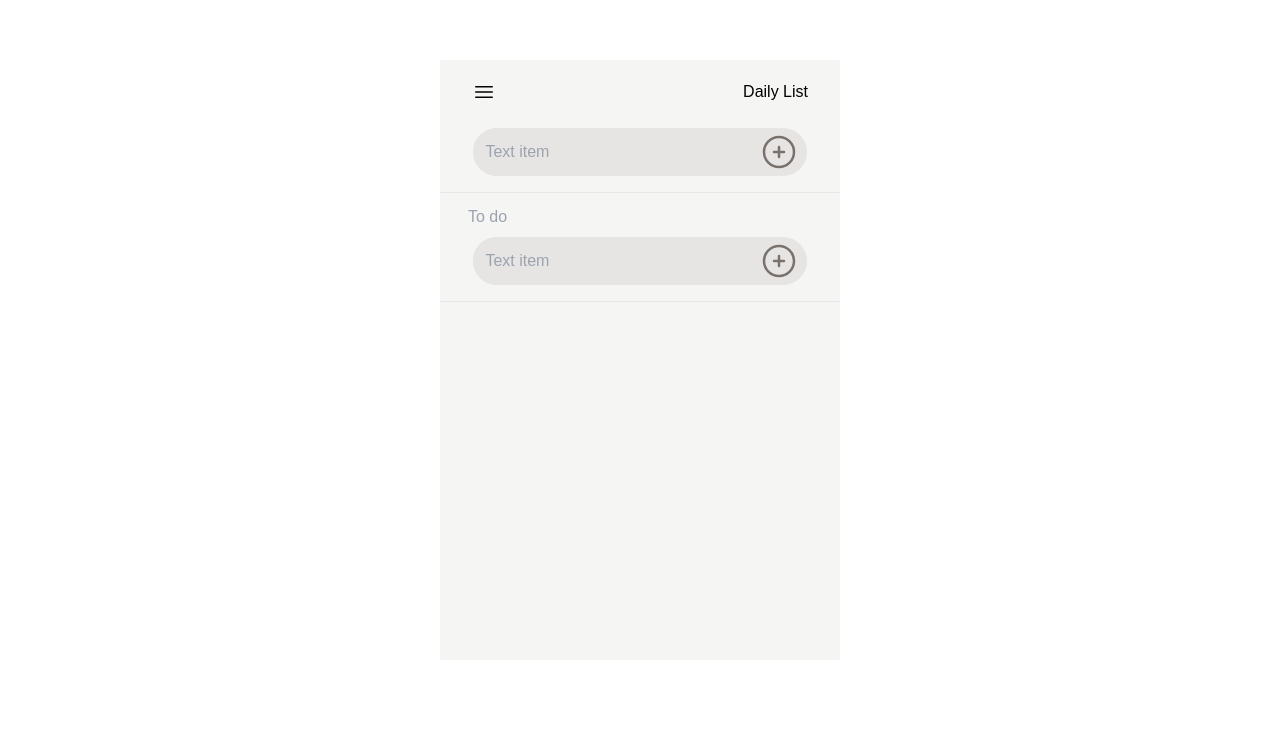
Repository: hsumyatm7308/TodolistbyPHP
Page: http://localhost/
These files come from the project's save history. The page is drawn as it stood at one moment and after the next save; the edit follows.
The browser window is 1280 px wide. The pictures show the whole page.
Some web libraries are served in a nearby version. The page is run by PHP 8.4 with error messages shown; the project is at /var/www/html/. Queries for data that is not in the repository find no rows.

Above is the page before, as saved 2023-07-11 00:47:10.

### index.php
<!DOCTYPE html>
<html lang="en">

<head>
    <meta charset="UTF-8">
    <meta name="viewport" content="width=device-width, initial-scale=1.0">
    <title>To Do List</title>
    <link rel="stylesheet" href="https://cdnjs.cloudflare.com/ajax/libs/font-awesome/6.4.0/css/all.min.css">
    <script src="https://cdn.tailwindcss.com"></script>

    <style>
        * {
            font-family: sans-serif;
        }

        .scrollbar-hide::-webkit-scrollbar {
            display: none;
        }
    </style>

</head>

<body>
    <div class="w-screen h-screen container flex justify-center items-center">
        <div class="w-[400px] h-[600px] bg-stone-100">
            <!-- header nav  -->
            <div class="w-full h-14 flex justify-between items-center p-8">
                <div>
                    <svg xmlns="http://www.w3.org/2000/svg" fill="none" viewBox="0 0 24 24" stroke-width="1.5"
                        stroke="currentColor" class="w-6 h-6">
                        <path stroke-linecap="round" stroke-linejoin="round"
                            d="M3.75 6.75h16.5M3.75 12h16.5m-16.5 5.25h16.5" />
                    </svg>

                </div>
                <div>
                    <h4> Daily List</h4>
                </div>
            </div>

            <?php

            include("todoform.php");


            ?>

            <div class="w-full h-[500px] overflow-y-scroll scrollbar-hide">

                <?php

                include("update.php");
                // include("complete.php");
                include("edittodo.php");
                include("deletetodo.php");

                ?>
            </div>







        </div>
    </div>










</body>

</html>

### todoform.php
<?php
ini_set('display_errors', false);
require_once("database.php");
require_once("create.php");

try {
    global $conn;

    $stmt = $conn->prepare("SELECT id, task FROM todolist");
    $stmt->execute();
} catch (Exception $e) {
    echo "Found Error: " . $e->getMessage();
}
?>

<!-- update to do  -->
<form action="index.php" method="post" class="mt-3" enctype="multipart/form-data">
    <h3 class="text-gray-400 ml-7 mb-1">To do</h3>

    <?php while ($row = $stmt->fetch()): ?>
        <div name="taskitems" class="w-full h-auto flex justify-center items-center p-1">
            <div class="w-[85%] h-auto bg-stone-200 flex justify-between items-center p-3">
                <span>
                    <button class="complete-check">
                        <i class="fa-regular fa-circle-check"></i>
                    </button>
                    <span class="ml-1">
                        <?php echo $row['task'] ?>
                    </span>
                </span>
                <div>
                <button class="mr-4 editbtn" name="edit-task" value="<?php echo $row['id']; ?>" >
                        <svg xmlns="http://www.w3.org/2000/svg" fill="none" viewBox="0 0 24 24" stroke-width="1.5"
                            stroke="currentColor" class="w-6 h-6">
                            <path stroke-linecap="round" stroke-linejoin="round"
                                d="M16.862 4.487l1.687-1.688a1.875 1.875 0 112.652 2.652L10.582 16.07a4.5 4.5 0 01-1.897 1.13L6 18l.8-2.685a4.5 4.5 0 011.13-1.897l8.932-8.931zm0 0L19.5 7.125M18 14v4.75A2.25 2.25 0 0115.75 21H5.25A2.25 2.25 0 013 18.75V8.25A2.25 2.25 0 015.25 6H10" />
                        </svg>

                    </button>
                    <button type="submit" name="delete-task" value="<?php echo $row['id']; ?>" class="delete-task">
                        <svg xmlns="http://www.w3.org/2000/svg" fill="none" viewBox="0 0 24 24" stroke-width="1.5"
                            stroke="currentColor" class="w-6 h-6">
                            <path stroke-linecap="round" stroke-linejoin="round"
                                d="M14.74 9l-.346 9m-4.788 0L9.26 9m9.968-3.21c.342.052.682.107 1.022.166m-1.022-.165L18.16 19.673a2.25 2.25 0 01-2.244 2.077H8.084a2.25 2.25 0 01-2.244-2.077L4.772 5.79m14.456 0a48.108 48.108 0 00-3.478-.397m-12 .562c.34-.059.68-.114 1.022-.165m0 0a48.11 48.11 0 013.478-.397m7.5 0v-.916c0-1.18-.91-2.164-2.09-2.201a51.964 51.964 0 00-3.32 0c-1.18.037-2.09 1.022-2.09 2.201v.916m7.5 0a48.667 48.667 0 00-7.5 0" />
                        </svg>
                    </button>
                </div>
            </div>
        </div>
    <?php endwhile; ?>
</form>

### database.php
<?php

$dbhost = 'localhost';
$dbuser = 'root';
$dbpass = '';
$dbname = 'hmmdb';


try{

    $conn = new PDO("mysql:host=$dbhost;dbname=$dbname", $dbuser, $dbpass);
    $conn->setAttribute(PDO::ATTR_ERRMODE, PDO::ERRMODE_EXCEPTION);

    // echo "Connection successful";


}catch(Exception $e){
    "Error Found:".$e->getMessage();
}




?>

### create.php
<?php
// session_start();
ini_set('display_errors', 1);

require_once("database.php");




if ($_SERVER['REQUEST_METHOD'] === 'POST') {
    global $conn;

    $getdata = $_POST['textbox'];

    try {
        $stmt = $conn->prepare("INSERT INTO todolist (task) VALUES (:task)");

        $task = $getdata;

        if (empty($task)) {
            echo "";
        } else {
            $stmt->bindParam(':task', $task);




            $stmt->execute();
        }


    } catch (Exception $e) {
        echo "Error Found: " . $e->getMessage();
    }
}






?>




<!-- to do form  -->
<form action="" method="post" enctype="multipart/form-data">


    <div class="w-full h-auto flex justify-center items-center p-1">
        <div class="w-[85%] h-auto bg-stone-200 flex justify-between items-center rounded-3xl">
            <input type="text" name="textbox"
                class="w-[85%] bg-stone-200 rounded-tl-3xl rounded-bl-3xl p-3 focus:outline-none"
                placeholder="Text item">

            <button type="submit" name="submit" class="" id="submitBtn">
                <svg xmlns="http://www.w3.org/2000/svg" fill="none" viewBox="0 0 24 24" stroke-width="1.5"
                    stroke="currentColor" class="w-10 h-10 mr-2 text-stone-500 hover:text-stone-600">
                    <path stroke-linecap="round" stroke-linejoin="round"
                        d="M12 9v6m3-3H9m12 0a9 9 0 11-18 0 9 9 0 0118 0z" />
                </svg>
            </button>
        </div>

    </div>
    <hr class="mt-3">
</form>

### edittodo.php
<?php
require "database.php";
require "create.php";




    if (isset($_GET['edit-task']) && !empty($_GET['edit-task'])) {
        $task = $_POST['textbox'];

        $editTaskID = $_GET['edit-task'];

        try {
            $stmt = $conn->prepare("UPDATE todolist SET task = :newTask WHERE id = :editTaskID");
            $stmt->bindParam(':newTask', $task);
            $stmt->bindParam(':editTaskID', $editTaskID);
            $stmt->execute();

            echo "Task updated successfully!";
        } catch (Exception $e) {
            echo "Error: " . $e->getMessage();
        }


        echo $task;
    }



?>

### deletetodo.php
<?php
require_once("create.php");
require_once("todoform.php");
require_once("database.php");

if (isset($_POST['delete-task'])) {
    $deleteTaskID = $_POST['delete-task'];

    try {
        $stmt = $conn->prepare("DELETE FROM todolist WHERE id = :delid");
        $stmt->bindParam(":delid", $deleteTaskID);
        $stmt->execute();


    } catch (Exception $e) {
        echo "Error found: " . $e->getMessage();
    }
}
?>

Loaded but not shown: update.php (no stored copy; drawn as an empty file)

After the next save:
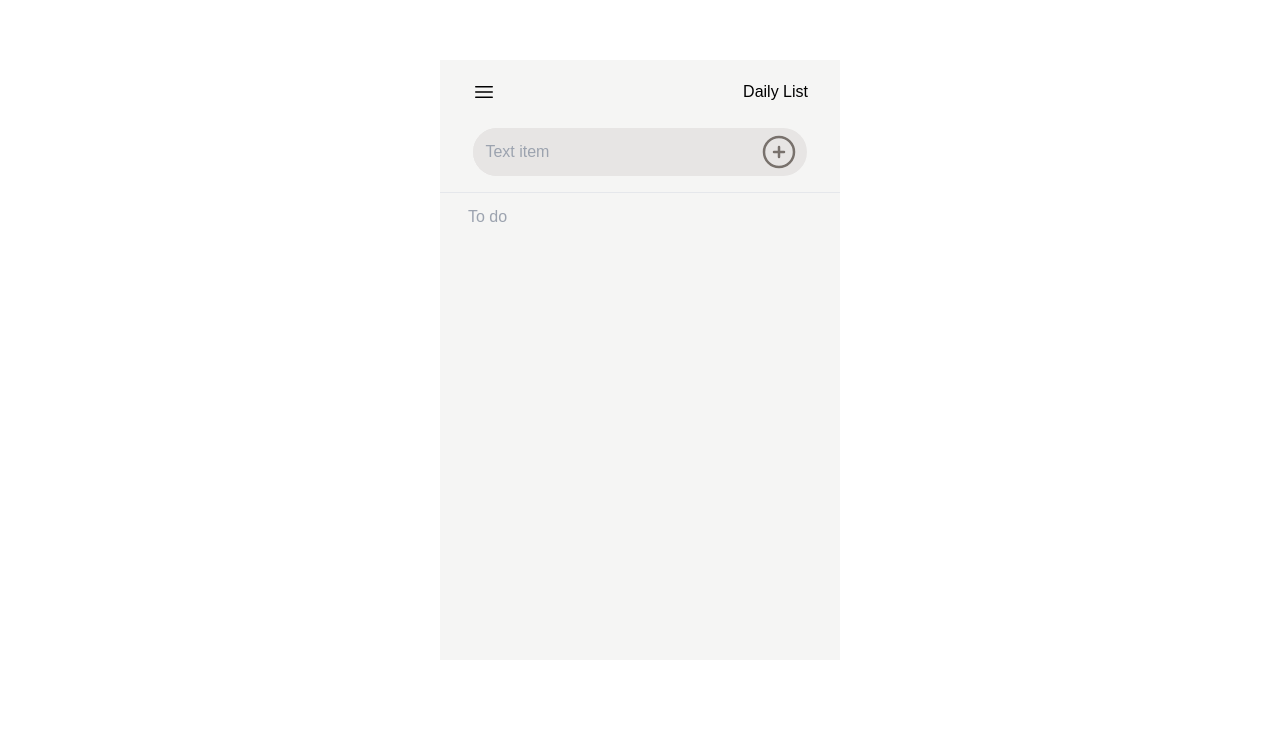
Saved 20 s later.
--- a/edittodo.php
+++ b/edittodo.php
@@ -1,8 +1,7 @@
 <?php
-require "database.php";
-require "create.php";
-
-
+require_once("create.php");
+require_once("todoform.php");
+require_once("database.php");
 
 
     if (isset($_GET['edit-task']) && !empty($_GET['edit-task'])) {
